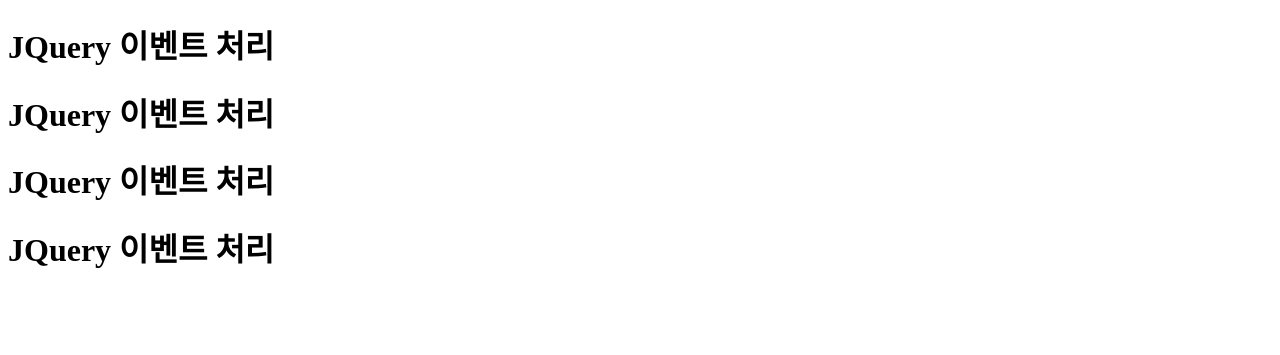
Repository: KangSuA/JSP
Page: webApp/src/main/webapp/jquery/jq09_event.html
The author's editor kept a copy of each file at every save. The page is drawn from the files as they stood at one save, then again after the next save.
The browser window is 1280 px wide. The pictures show the whole page.

Above is the page before, as saved 2023-02-15 02:33:35.

### webApp/src/main/webapp/jquery/jq09_event.html
<!DOCTYPE html>
<html>
<head>
<meta charset="UTF-8">
<title>Insert title here</title>
<script src="https://cdnjs.cloudflare.com/ajax/libs/jquery/3.6.3/jquery.min.js" ></script>
<style>
	.backColor{background-color:orange;}
</style>
<script>
	$(function(){
		//이벤트 처리 방법 1 ----------------------
		//click
		/*
		$('h1').click(function(){
			$('div').append('h1태그가 클릭됨<br/>');

			//this:이벤트가 발생한 h1태그
			//$(this).css('background-color','orange');
			$(this).toggleClass('backColor');
		});*/

		//이벤트 처리 방법 2 ----------------------
		$('h1').on('click',function(){
			$(this).css('background-color','lightblue');
		});

		//이벤트 처리 방법 3 ----------------------
		//mouseover, mouseout
		//mouseenter, mouseleave
		/*
			json : 회원정보
			var member={
				username : "홍길동", //key,value
				tel : "010-1234-5678",
				memberOutput : function() {
					console.log('이름=','hong gil dong')
				}
			}
		*/
		//이벤트 처리 방법 4 ----------------------
		//over시 핑크, out시 그레이
		$('h1').on({mouseenter:function(){
						//실행문
						$(this).css('background-color','pink');
					},mouseleave:function(){
						//실행문
						$(this).css('background-color','#ddd');
					}});
	});
</script>
</head>
<body>
	<h1>JQuery 이벤트 처리</h1>
	<h1 id='h'>JQuery 이벤트 처리</h1>
	<h1>JQuery 이벤트 처리</h1>
	<h1>JQuery 이벤트 처리</h1>
	<div style="background-color:yellow"></div>
</body>
</html>

After the next save:
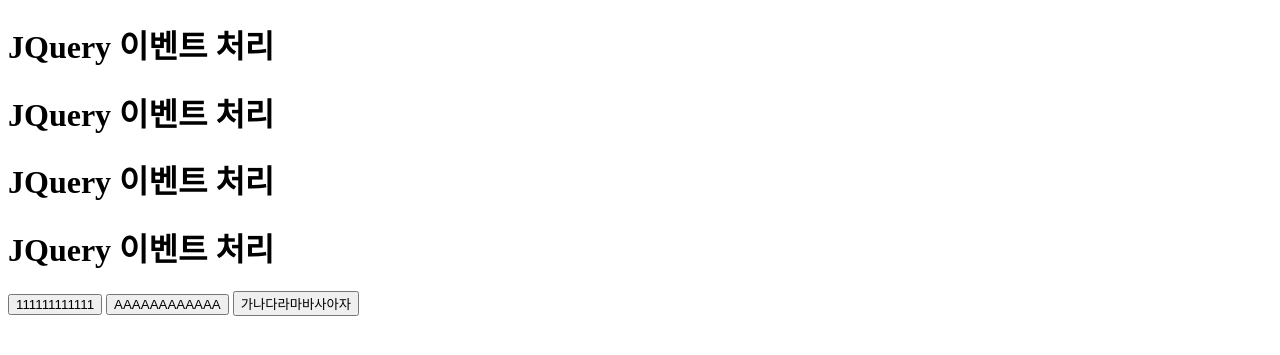
Saved 4 min 43 s later.
--- a/webApp/src/main/webapp/jquery/jq09_event.html
+++ b/webApp/src/main/webapp/jquery/jq09_event.html
@@ -40,13 +40,16 @@
 		*/
 		//이벤트 처리 방법 4 ----------------------
 		//over시 핑크, out시 그레이
-		$('h1').on({mouseenter:function(){
+		/*$('h1').on({mouseenter:function(){
 						//실행문
 						$(this).css('background-color','pink');
 					},mouseleave:function(){
 						//실행문
 						$(this).css('background-color','#ddd');
 					}});
+		*/
+		//이벤트 처리 방법 5 ----------------------
+
 	});
 </script>
 </head>
@@ -56,5 +59,8 @@
 	<h1>JQuery 이벤트 처리</h1>
 	<h1>JQuery 이벤트 처리</h1>
 	<div style="background-color:yellow"></div>
+	<button>111111111111</button>
+	<button>AAAAAAAAAAAA</button>
+	<button>가나다라마바사아자</button>
 </body>
 </html>
